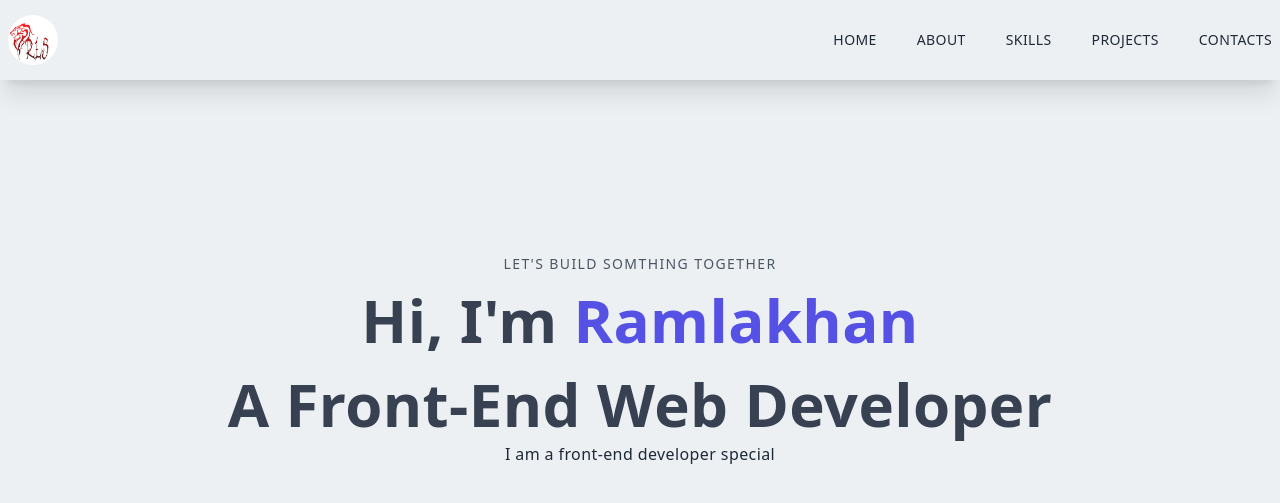
Repository: ram2642/portfolio-using-next-js
Page: /
These files come from the project's save history. The page is drawn as it stood at one moment and after the next save; the edit follows.
The browser window is 1280 px wide. The pictures show the whole page.
The project was rebuilt for these pictures with package versions that can differ from the ones it lists, and the page was loaded fresh each time. The framework's server and built-in components were replaced by stand-ins that run in the browser. Also part of the build but not shown: next.config.js.

Above is the page before, as saved 2022-09-04 01:54:36.

### pages/index.js
// import { Main } from 'next/document'
import Head from 'next/head'
import Image from 'next/image'
import Main from '../components/Main'
import Navbar from '../components/Navbar'


export default function Home() {
  return (
    <div className="">
      <Head>
        <title>Ramlakhan | Front-End Developer</title>
        <meta name="description" content="Generated by create next app" />
        <link rel="icon" href="/favicon.ico" />
      </Head>
      <Navbar/>
      <Main/>

    </div>
  )
}

### styles/globals.css
@tailwind base;
@tailwind components;
@tailwind utilities;


@layer base {
  body {
    @apply bg-[#ecf0f3] text-[#1f2937] tracking-wide
  }
  h1, h2, h3, h4, h5, h6 {
    @apply font-bold;
  }
  h1 {
    @apply text-4xl sm:text-5xl md:text-6xl;
  }
  h2 {
    @apply text-3xl sm:text-4xl;
  }
  li {
    @apply cursor-pointer;
  }
  button {
    @apply shadow-xl shadow-gray-400 rounded-xl uppercase bg-gradient-to-r from-[#5651e5] to-[#709dff] text-white
  }
  }

### components/Main.jsx
import React from 'react'

const Main = () => {
  return (
    <div className='w-full h-screen text-center'>
   <div className='max-w-[1240px] w-full h-full mx-auto p-2 flex justify-center items-center'>
    <div>
      <p className='uppercase text-sm tracking-widest text-gray-600'>Let's build somthing together</p>
      <h1 className='py-4 text-gray-700'>
        Hi, I'm <span className='text-[#5651e5]'> Ramlakhan</span>
      </h1>
      <h1 className='py-2 text-gray-700'>
        A Front-End Web Developer
      </h1>
      <p>
        I am a front-end developer special
      </p>
    </div>

   </div>
    </div>
  )
}

export default Main

### components/Navbar.jsx
import Image from "next/image";
import React, { useState } from "react";
import Link from "next/link";
import { AiOutlineClose, AiOutlineMenu, AiOutlineMail } from "react-icons/ai";
import { FaLinkedinIn, FaGithub } from "react-icons/fa";
import { BsFillPersonLinesFill } from "react-icons/bs";

const Navbar = () => {
  const [nav, setNav] = useState(false);

  const handleNav = () => {
    setNav(!nav);
  };
  return (
    <div className="fixed w-full h-20 shadow-xl z-[100]">
      <div className="flex justify-between items-center w-full h-full px-2 2xl:px-16">
        <Image
          className="rounded-full cursor-pointer"
          src="data:[embedded picture, 6010 characters]"
          alt=""
          width="50"
          height="50"
        />
        <div>
          <ul className="hidden md:flex">
            <Link href="/">
              <li className="ml-10 text-sm uppercase hover:border-b">Home</li>
            </Link>
            <Link href="/">
              <li className="ml-10 text-sm uppercase hover:border-b">About</li>
            </Link>
            <Link href="/">
              <li className="ml-10 text-sm uppercase hover:border-b">Skills</li>
            </Link>
            <Link href="/">
              <li className="ml-10 text-sm uppercase hover:border-b">
                Projects
              </li>
            </Link>
            <Link href="/">
              <li className="ml-10 text-sm uppercase hover:border-b">
                Contacts
              </li>
            </Link>
          </ul>
          <div onClick={handleNav} className="md:hidden cursor-pointer">
            <AiOutlineMenu size={25} />
          </div>
        </div>
      </div>
      <div className={nav ? 'md:hidden fixed left-0 top-0 w-full h-screen bg-black/70' : ''}>
        <div className={nav ? "fixed left-0 top-0 w-[75%] sm:w-[60%] md:w-[45%] h-screen bg-[#ecf0f3] p-10 ease-in duration-500" : "fixed left-[-100%] top-0  p-10 ease-in duration-500"}>
          <div>
            <div className="flex w-full items-center justify-between">
              <Image
                className="rounded-full cursor-pointer"
                src="data:[embedded picture, 6010 characters]"
                alt=""
                width="50"
                height="50"
              />
              <div onClick={handleNav} className="rounded-full shadow-lg shadow-gray-400 p-3 cursor-pointer">
                <AiOutlineClose />
              </div>
            </div>
            <div className="border-b border-gray-300 my-4">
              <p className="w-[85%] md:w-[905] PY-4">
                Let's builds something legendary together
              </p>
            </div>
          </div>
          <div className="py-4 flex flex-col">
            <ul className="uppercase">
              <Link href="/">
                <li className="py-4 text-sm">Home</li>
              </Link>
              <Link href="/">
                <li className="py-4 text-sm">About</li>
              </Link>
              <Link href="/">
                <li className="py-4 text-sm">Skills</li>
              </Link>
              <Link href="/">
                <li className="py-4 text-sm">Projects</li>
              </Link>
              <Link href="/">
                <li className="py-4 text-sm">Contacts</li>
              </Link>
            </ul>
            <div className="pt-40">
              <p className="uppercase tracking-widest text-[#5651e5]">
                Let's Connect
              </p>
              <div className="flex items-center justify-between my-4 w-full sm:w-[80%]">
                <div className="rounded-full shadow-lg shadow-gray-400 p-3 cursor-pointer hover:scale-105 ease-in duration-300">
                  <FaLinkedinIn />
                </div>
                <div className="rounded-full shadow-lg shadow-gray-400 p-3 cursor-pointer hover:scale-105 ease-in duration-300">
                  <FaGithub />
                </div>
                <div className="rounded-full shadow-lg shadow-gray-400 p-3 cursor-pointer hover:scale-105 ease-in duration-300">
                  <AiOutlineMail />
                </div>
                <div className="rounded-full shadow-lg shadow-gray-400 p-3 cursor-pointer hover:scale-105 ease-in duration-300">
                  <BsFillPersonLinesFill />
                </div>
              </div>
            </div>
          </div>
        </div>
      </div>
    </div>
  );
};

export default Navbar;

Loaded but not shown: pages/_app.js (common file); tailwind.config.js (common file)

After the next save:
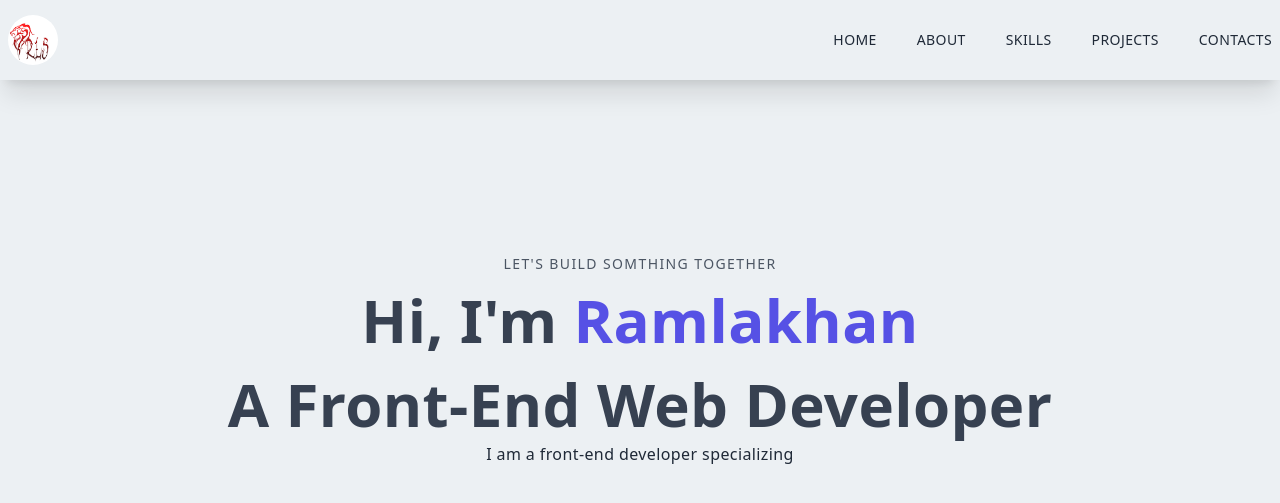
Saved 5 s later.
--- a/components/Main.jsx
+++ b/components/Main.jsx
@@ -13,7 +13,7 @@ const Main = () => {
         A Front-End Web Developer
       </h1>
       <p>
-        I am a front-end developer special
+        I am a front-end developer specializing
       </p>
     </div>
 
